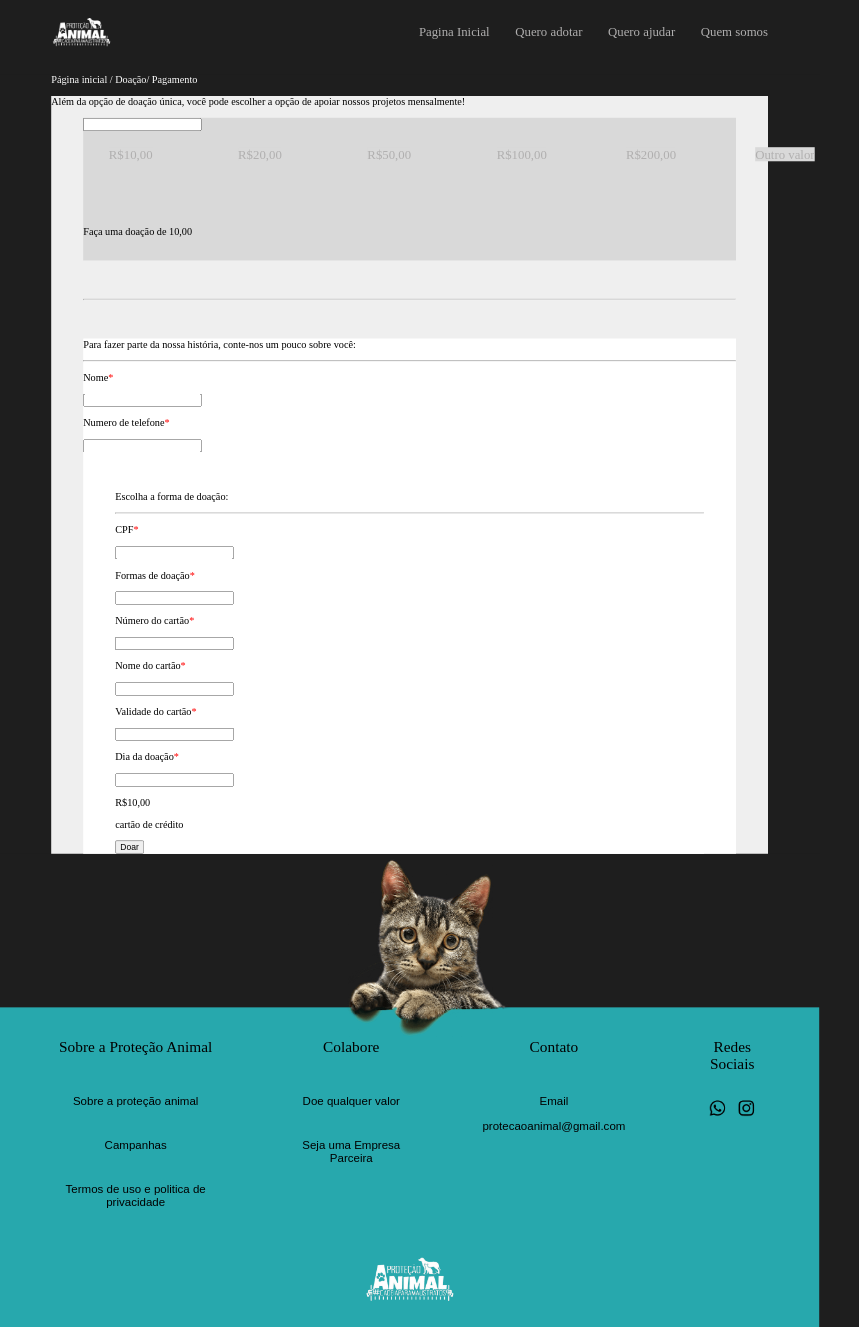
Repository: edjunior-nascimento/protecao-animal-web
Page: src/pages/formulario-doacao/index.html
The author's editor kept a copy of each file at every save. The page is drawn from the files as they stood at one save, then again after a run of saves.
The browser window is 1280 px wide. The page is 1342 px wide, so the pictures cover 1342 px, including what lies to the right of the window. The pictures show the whole page, at 64% of full size.

Above is the page before, as saved 2025-03-06 03:50:00.

### src/pages/formulario-doacao/index.html
<!DOCTYPE html>
<html lang="pt">

<head>
    <meta charset="UTF-8">
    <meta name="viewport" content="width=device-width, initial-scale=1.0">
    <title>Proteção Animal</title>
    <link rel="preconnect" href="https://fonts.googleapis.com" />
    <link rel="preconnect" href="https://fonts.gstatic.com" crossorigin />
    <meta name="viewport" content="width=device-width, initial-scale=1.0" />
    <link rel="stylesheet" href="./style.css" />
    <link>
</head>

<body>
    <header>
        <div><img class="logo" src="/src/pages/images/logo.png" alt="logo Protecao animal" /></div>
        <nav>
            <ul>
                <li>
                    <a href="#">
                        <p>Pagina Inicial</p>
                    </a>
                </li>
                <li>
                    <a href="#">
                        <p>Quero adotar</p>
                    </a>
                </li>
                <li>
                    <a href="#">
                        <p>Quero ajudar</p>
                    </a>
                </li>
                <li>
                    <a href="#">
                        <p>Quem somos</p>
                    </a>
                </li>
            </ul>
        </nav>
    </header>
    <main>
        <div class="title">
            <p>Página inicial / Doação/ Pagamento</p>
        </div>
        <div class="container">
            <div class="sub-title">
                <p>Além da opção de doação única, você pode escolher a opção de apoiar nossos projetos mensalmente!
                </p>
            </div>
            <div class="valor">
                <div class="cota">
                    <input type="text">
                </div>
                <nav class="cota-inicial">
                    <ul>
                        <li>
                            <a href="#">R$10,00</a></a>
                        </li>
                        <li>
                            <a href="#">R$20,00</a>
                        </li>
                        <li>
                            <a href="#">R$50,00</a>
                        </li>
                        <li>
                            <a href="#">R$100,00</a>
                        </li>
                        <li>
                            <a href="#">R$200,00</a>
                        </li>
                        <li>
                            <a href="#">Outro valor</a>
                        </li>
                    </ul>
                </nav>
                <div class="res"><span>Faça uma doação de 10,00</span>
                </div>
            </div>
            <hr class="pri-line">
            <div class="card">
                <div class="sub-title">
                    <p>Para fazer parte da nossa história, conte-nos um pouco sobre você:</p>
                </div>
                <hr>
                <div class="dados">
                    <form action="/send" method="post" target="_blank">
                        <label>
                            <p>Nome<span class="ast">*</span></p>
                            <input type="text" name="Nome" id="Nome*">
                        </label>
                        <label>
                            <p>Numero de telefone<span class="ast">*</span></p>
                            <input type="text" name="telefone" id="telefone">
                        </label>
                    </form>
                </div>
                <div class="card">
                    <div class="sub-title">
                        <p>Escolha a forma de doação:</p>
                    </div>
                    <hr>
                    <form action="/send" method="post" target="_blank">
                        <label>
                            <p>CPF<span class="ast">*</span></p>
                            <input type="number" name="cpf" id="cpf">
                        </label>
                        <label>
                            <p>Formas de doação<span class="ast">*</span></p>
                            <input type="text" name="forme-doacao" id="forme-doacao"></p>
                        </label>
                        <label>
                            <p>Número do cartão<span class="ast">*</span></p>
                            <input type="number" name="cartao" id="cartao">
                        </label>
                        <label>
                            <p>Nome do cartão<span class="ast">*</span></p>
                            <input type="text" name="nome-cartao" id="nome-cartao">
                        </label>
                        <label>
                            <p>Validade do cartão<span class="ast">*</span></p>
                            <input type="text" name="" id="">
                        </label>
                        <label>
                            <p>Dia da doação<span class="ast">*</span></p>
                            <input type="number" name="data" id="data">
                        </label>
                    </form>
                    <div class="resultado">
                        <div class="retorno">
                            <div class="res/doacao">
                                <p>R$10,00</p>
                            </div>
                            <div class="forma/pagamento">
                                <p>cartão de crédito</p>
                            </div>
                        </div>
                        <button>Doar</button>
                    </div>
                </div>
            </div>
        </div>
    </main>
    <div class="gato"><img src="/src/pages/images/gato.png" alt=""></div>
    <footer>
        <div class="footer-container">
            <div class="footer-primary">
                <div class="footer-section-1">
                    <div>
                        <h4>Sobre a Proteção Animal</h4>
                    </div>
                    <div>
                        <p><a href="">Sobre a proteção animal</a></p>
                    </div>
                    <div>
                        <p><a href="">Campanhas</a></p>
                    </div>
                    <div>
                        <p><a href="">Termos de uso e politica de privacidade</a></p>
                    </div>
                </div>
                <div class="footer-section-2">
                    <div>
                        <h4>Colabore</h4>
                    </div>
                    <div>
                        <p><a href="">Doe qualquer valor</a></p>
                    </div>
                    <div>
                        <p><a href="">Seja uma Empresa Parceira</a></p>
                    </div>
                </div>
                <div class="footer-section-3">
                    <div>
                        <h4>Contato</h4>
                    </div>
                    <div>
                        <p>Email</p>
                        <p><a href="mailto:protecaoanimal@gmail.com">protecaoanimal@gmail.com</a></p>
                    </div>
                </div>
                <div class="footer-section-4">
                    <div>
                        <h4>Redes Sociais</h4>
                    </div>
                    <div class="social-icons">
                        <div>
                            <a href=""><img src="/src/pages/images/whatsAppIcon.png" alt="" /></a>
                        </div>
                        <div>
                            <a href=""><img src="/src/pages/images/instagramIcon.png" alt="" /></a>
                        </div>
                    </div>
                </div>
            </div>
        </div>
        <div class="footer-secondary">
            <img src="/src/pages/images/logo.png" alt="" />
        </div>
    </footer>
</body>

</html>

### src/pages/formulario-doacao/style.css
:root {
    --main-bg-color: #1e1e1e;
    --title-color: #27a8ad;
    --subtitle-color: #ffffff;
    --box-color: #ffffff;
    --link-nav-color: #ffffff;
    --card-title-color: #27a8ad;
    --footer-background: #27a8ad;
    --footer-font-color: #000000;
    --maim-color: #EFEFEF;
    --card-nav-color:#D9D9D9;
    --nav-valor:#B0AFAF;
    --asterisco-color: red;
  }
  body {
    height: max-content;
    font-family: "Jockey One", serif;
    font-style: normal;
    margin: 0px;
    padding: 0px;
    background-color: var(--main-bg-color);
  }

  a {
    text-decoration: none;
  }

  header {
    height: 100px;
    display: flex;
    flex-direction: row;
    justify-content: space-between;
    padding-inline: 80px
  }
  header div {
    display: flex;
    align-items: center;
  }
  .logo {
    height: 95px;
    width: auto;
  }
  nav {
    width: auto;
    height: 100px;
    display: flex;
    align-items: center;
  }
  nav ul {
    list-style-type: none;
    display: flex;
    gap: 40px;
  }
  nav ul li a {
    color: var(--nav-valor);
    font-size: 20px;
    background-color: var(--card-nav-color);
  }


main {
  background-color:var(--main-bg-color) ;
  padding-left: 80px;
  padding-right: 80px;
}
  .sub-title
.cota-inicial a {
  color: var(--footer-font-color);
  width: 128px;
  height: 50px;
  display: inline-block;
  text-align: center;
  line-height: 50px;
  background-color: var(--nav-valor);
  margin-left: 20px;
  border-radius: 5px;
}
.cota-inicial li {
  height: 50px;
  width: 162px;
}
.cota-inicial li :hover {
  background-color: var(--footer-background);
  color: var(--box-color);
}
.res {
  margin-top: 48px;
  padding-bottom: 36px;
}
  .pri-line {
    margin-top: 60px;
    margin-left: 50px;
    margin-right: 50px;
  }
  .card {
    margin-top: 60px;
    margin-left: 50px;
    margin-right: 50px;
  }
  .ast {
    color: var(--asterisco-color);
  }
.container {
  background-color: var(--maim-color);
}
.title {
  color: var(--subtitle-color);
}
.valor {
  margin-left: 50px;
  margin-right: 50px;
  background-color: var(--card-nav-color);
}
.valor nav {
  width: 100%;
}
.card {
  background-color: var(--box-color);
}




  .gato {
    margin-left: 42%;
    margin-bottom: -25px;
    height: 265px;
    max-width: auto;}

  footer {
    height: 500px;
    max-height: auto;
    background-color: var(--footer-background);
    padding-inline: 80px;
  }

  .footer-container {
      width: auto;
      height: 70%;
      display: flex;
      align-items: center;
      justify-content: center;
  }

  .footer-primary {
    display: flex;
    flex-direction: row;
    gap: 111px;
    align-items: flex-start;
    justify-content: center;
  }

  .footer-primary p a {
      color: var(--footer-font-color);
      font-family: "Arial", sans-serif;
  }

  .footer-primary h4 {
    font-size: 24px;
    font-weight: 400;
  }

  .footer-primary p {
      font-size: 18px;
      font-weight: 400;
      font-family: "Arial", sans-serif;
  }

  .footer-secondary {
    width: auto;
    height: 30%;
    display: flex;
    align-items: center;
    justify-content: center;
  }

  .footer-secondary img {
      height: 145px;
      width: auto
  }

  .footer-section-1, .footer-section-2, .footer-section-3, .footer-section-4 {
      display: flex;
      flex-direction: column;
      text-align: center;
      gap: 12px;
  }

  .footer-section-4 {
      align-items: center;
  }

  .social-icons {
      display: flex;
      flex-direction: row;
      gap: 20px;
  }

After the next 3 saves:
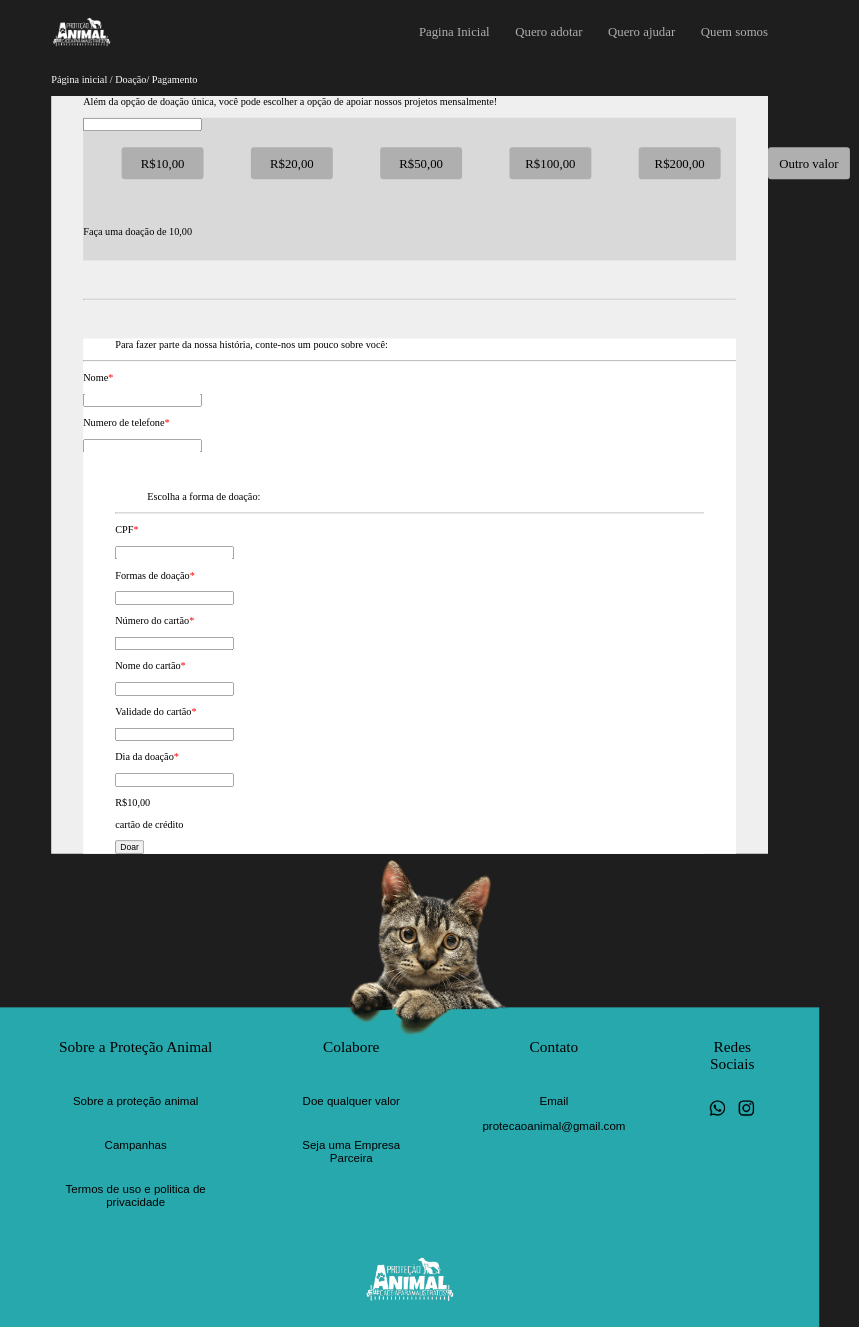
The 3 saves are shown as one change because they came seconds apart.
The last was saved 12 s later.
--- a/src/pages/formulario-doacao/style.css
+++ b/src/pages/formulario-doacao/style.css
@@ -63,7 +63,9 @@ main {
   padding-left: 80px;
   padding-right: 80px;
 }
-  .sub-title
+  .sub-title {
+    margin-left: 50px;
+  }
 .cota-inicial a {
   color: var(--footer-font-color);
   width: 128px;
